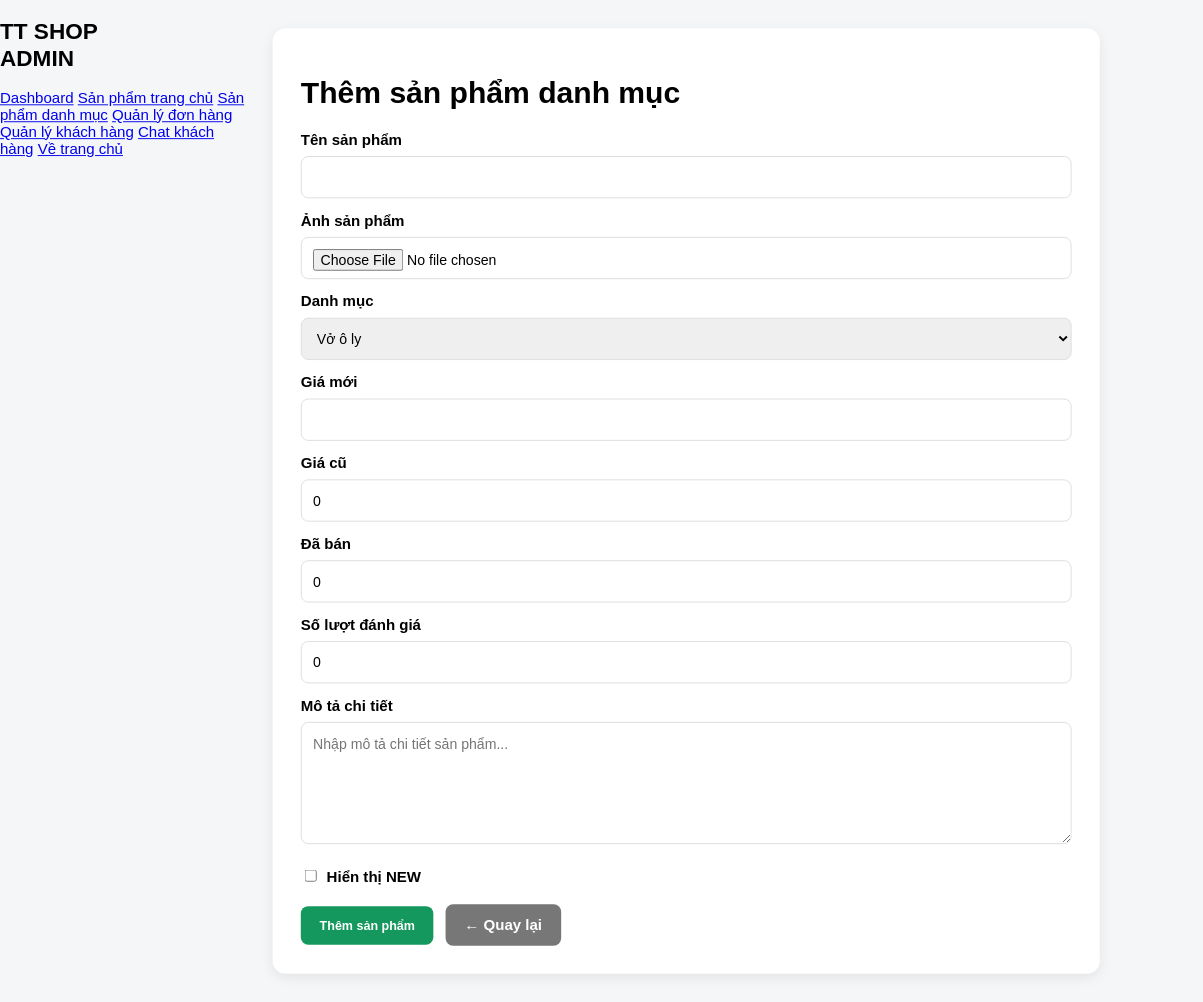
Repository: chuthimytam9a1920-ai/TTSHOP
Page: http://localhost/admin/add_category_product.php
These files come from the project's save history. The page is drawn as it stood at one moment and after the next save; the edit follows.
The browser window is 1280 px wide. The pictures show the whole page, at 94% of full size.
The page is run by PHP 8.4 with error messages shown; the project is at /var/www/html/. The session is filled in as if someone had signed in: {"admin_login": true, "admin_id": 1, "admin_name": 1}. Other server files are loaded and not shown.

Above is the page before, as saved 2026-05-18 23:18:07.

### admin/add_category_product.php
<?php
include "check_admin.php";
include "../connect.php";

$categories = [
    'vo-oly' => 'Vở ô ly',
    'vo-caro' => 'Vở caro',
    'vo-ke-ngang' => 'Vở kẻ ngang',
    'so-loxo' => 'Sổ lò xo',
    'so-da' => 'Sổ da',
    'but-bi' => 'Bút bi',
    'but-chi' => 'Bút chì',
    'but-muc' => 'Bút mực',
    'but-xoa' => 'Bút xoá',
    'but-quang' => 'Bút dạ quang',
    'thuoc' => 'Thước',
    'note' => 'Giấy note',
    'phan' => 'Phấn',
    'compa' => 'Compa',
    'hop-but' => 'Hộp bút',
    'giay-in' => 'Giấy in',
    'kep-giay' => 'Kẹp giấy',
    'dao-roc' => 'Dao rọc giấy',
    'bia-cong' => 'Bìa còng',
    'keo' => 'Kéo văn phòng',
    'balo-hs' => 'Balo học sinh',
    'balo-vp' => 'Balo văn phòng',
    'casio' => 'Casio',
    'mt-vp' => 'Máy tính văn phòng'
];

if ($_SERVER['REQUEST_METHOD'] === 'POST') {
    $name = trim($_POST['name'] ?? '');
    $type_slug = $_POST['type_slug'] ?? '';
    $price = (int)($_POST['price'] ?? 0);
    $old_price = (int)($_POST['old_price'] ?? 0);
    $sold_count = (int)($_POST['sold_count'] ?? 0);
    $rating_count = (int)($_POST['rating_count'] ?? 0);
    $mo_ta_chi_tiet = trim($_POST['mo_ta_chi_tiet'] ?? '');
    $is_new = isset($_POST['is_new']) ? 1 : 0;

    $imagePath = "";

    if (!empty($_FILES['image']['name'])) {
        $fileName = time() . "_" . basename($_FILES['image']['name']);
        $target = "../imagescategory/" . $fileName;

        if (move_uploaded_file($_FILES['image']['tmp_name'], $target)) {
            $imagePath = "imagescategory/" . $fileName;
        }
    }

    $sql = "INSERT INTO category_products
            (name, image, price, old_price, sold_count, rating_count, type_slug, is_new, mo_ta_chi_tiet)
            VALUES (?, ?, ?, ?, ?, ?, ?, ?, ?)";

    $stmt = mysqli_prepare($conn, $sql);

    mysqli_stmt_bind_param(
        $stmt,
        "ssiiiisis",
        $name,
        $imagePath,
        $price,
        $old_price,
        $sold_count,
        $rating_count,
        $type_slug,
        $is_new,
        $mo_ta_chi_tiet
    );

    mysqli_stmt_execute($stmt);

    header("Location: category_products.php");
    exit();
}
?>

<!DOCTYPE html>
<html lang="vi">
<head>
    <meta charset="UTF-8">
    <title>Thêm sản phẩm danh mục</title>

    <style>
        body{
            margin:0;
            font-family:Arial;
            background:#f4f6f8;
        }

        .layout{
            display:grid;
            grid-template-columns:260px 1fr;
            min-height:100vh;
        }

        .main{
            padding:30px;
        }

        .box{
            max-width:820px;
            background:white;
            padding:30px;
            border-radius:14px;
            box-shadow:0 4px 14px rgba(0,0,0,.08);
        }

        label{
            display:block;
            font-weight:bold;
            margin-top:15px;
        }

        input,
        select,
        textarea{
            width:100%;
            margin-top:8px;
            padding:12px;
            box-sizing:border-box;
            border:1px solid #ddd;
            border-radius:8px;
            font-family:Arial;
            font-size:15px;
        }

        input,
        select{
            height:45px;
        }

        textarea{
            min-height:130px;
            resize:vertical;
            line-height:1.5;
        }

        .check{
            width:auto;
            height:auto;
            margin-right:6px;
        }

        button,
        .back{
            display:inline-block;
            background:#15985d;
            color:white;
            border:none;
            padding:13px 20px;
            border-radius:8px;
            font-weight:bold;
            text-decoration:none;
            cursor:pointer;
            margin-top:20px;
        }

        .back{
            background:#777;
            margin-left:8px;
        }
    </style>
</head>

<body>

<div class="layout">
<aside class="sidebar">
    <h2>TT SHOP<br>ADMIN</h2>

    <a href="index.php">Dashboard</a>
    <a href="products.php">Sản phẩm trang chủ</a>
    <a class="active" href="category_products.php">Sản phẩm danh mục</a>
    <a href="orders.php">Quản lý đơn hàng</a>
    <a href="customers.php">Quản lý khách hàng</a>
    <a href="chat_admin.php">Chat khách hàng</a>
    <a href="../index.php">Về trang chủ</a>
</aside>
<main class="main">

    <div class="box">

        <h1>Thêm sản phẩm danh mục</h1>

        <form method="POST" enctype="multipart/form-data">

            <label>Tên sản phẩm</label>
            <input type="text" name="name" required>

            <label>Ảnh sản phẩm</label>
            <input type="file" name="image" accept="image/*" required>

            <label>Danh mục</label>
            <select name="type_slug" required>
                <?php foreach ($categories as $slug => $label) { ?>
                    <option value="<?php echo $slug; ?>">
                        <?php echo $label; ?>
                    </option>
                <?php } ?>
            </select>

            <label>Giá mới</label>
            <input type="number" name="price" required>

            <label>Giá cũ</label>
            <input type="number" name="old_price" value="0">

            <label>Đã bán</label>
            <input type="number" name="sold_count" value="0">

            <label>Số lượt đánh giá</label>
            <input type="number" name="rating_count" value="0">

            <label>Mô tả chi tiết</label>
            <textarea name="mo_ta_chi_tiet" placeholder="Nhập mô tả chi tiết sản phẩm..."></textarea>

            <label>
                <input class="check" type="checkbox" name="is_new" value="1">
                Hiển thị NEW
            </label>

            <button type="submit">Thêm sản phẩm</button>
            <a class="back" href="category_products.php">← Quay lại</a>

        </form>

    </div>

</main>

</div>

</body>
</html>

### admin/check_admin.php
<?php
if (session_status() === PHP_SESSION_NONE) {
    session_start();
}

if (!isset($_SESSION['admin_login']) || $_SESSION['admin_login'] !== true) {
    header("Location: login.php");
    exit();
}
?>

### connect.php
<?php
$servername = "localhost";
$username = "root"; // Mặc định của XAMPP
$password = "";     // Mặc định XAMPP để trống
$dbname = "ttshop";

$conn = mysqli_connect($servername, $username, $password, $dbname);

if (!$conn) {
    die("Kết nối thất bại: " . mysqli_connect_error());
}
// Thiết lập tiếng Việt có dấu
mysqli_set_charset($conn, "utf8");
?>

After the next save:
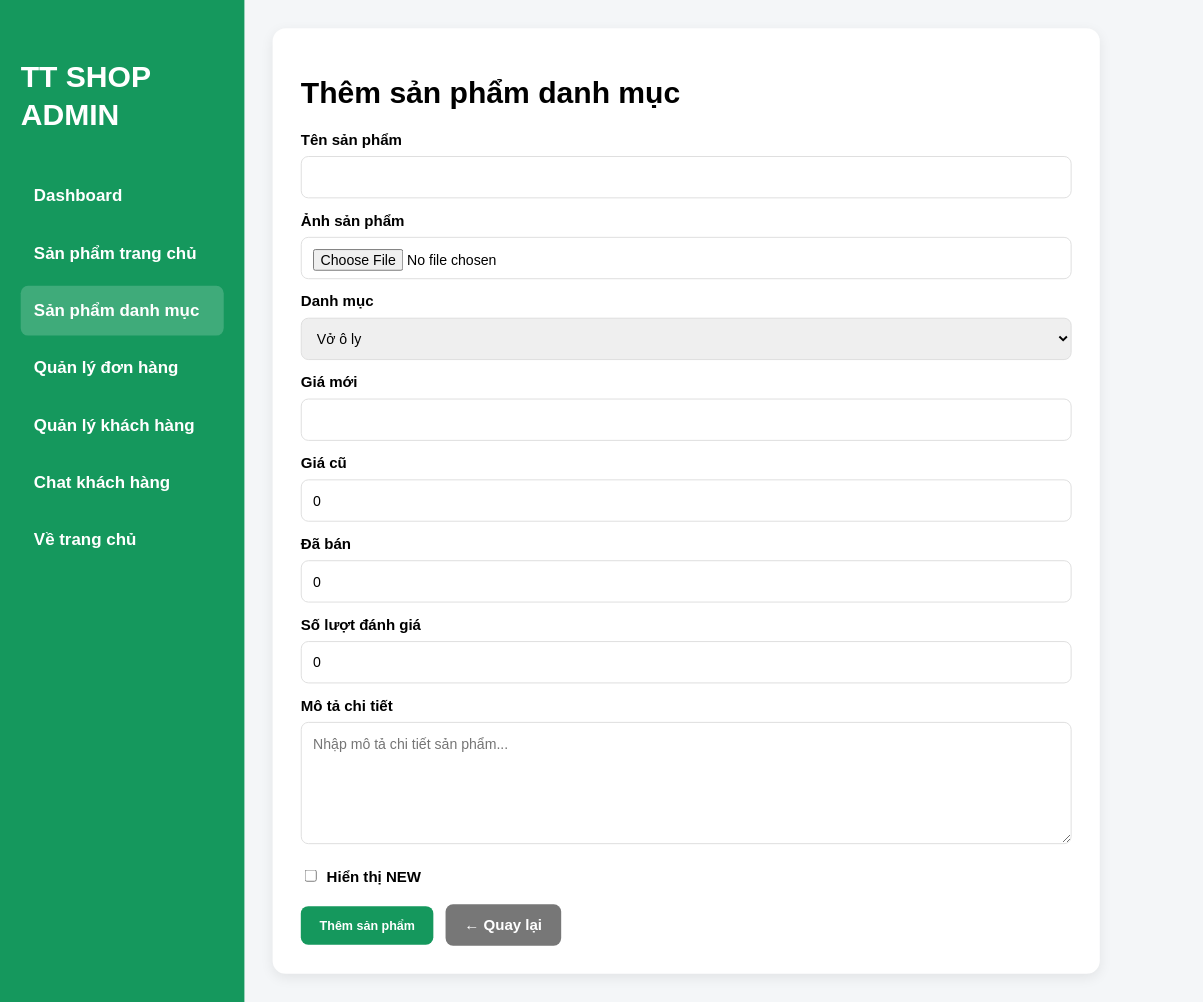
Saved 27 s later.
--- a/admin/add_category_product.php
+++ b/admin/add_category_product.php
@@ -162,6 +162,39 @@ if ($_SERVER['REQUEST_METHOD'] === 'POST') {
             background:#777;
             margin-left:8px;
         }
+        .layout{
+    display:grid;
+    grid-template-columns:260px 1fr;
+    min-height:100vh;
+}
+
+.sidebar{
+    background:#15985d;
+    color:white;
+    padding:35px 22px;
+}
+
+.sidebar h2{
+    font-size:32px;
+    line-height:1.25;
+    margin-bottom:40px;
+}
+
+.sidebar a{
+    display:block;
+    color:white;
+    text-decoration:none;
+    font-weight:bold;
+    font-size:18px;
+    padding:16px 14px;
+    border-radius:8px;
+    margin-bottom:8px;
+}
+
+.sidebar a:hover,
+.sidebar a.active{
+    background:rgba(255,255,255,.18);
+}
     </style>
 </head>
 
